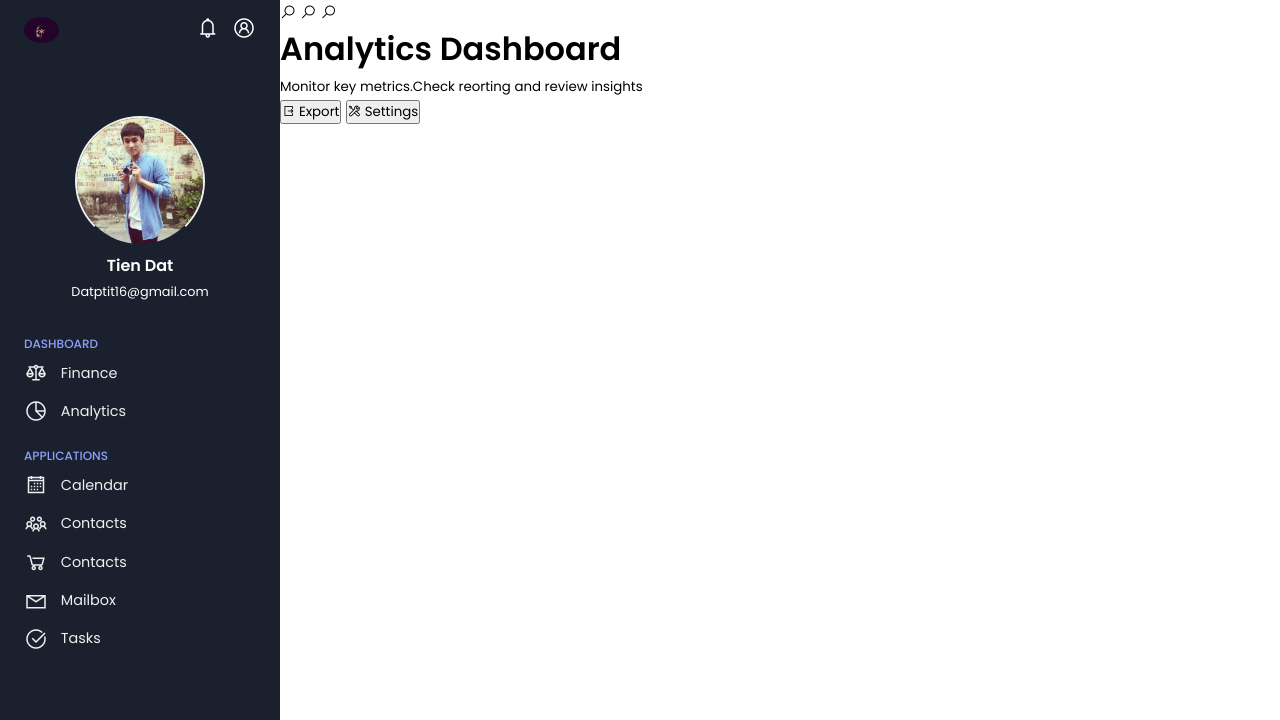
Repository: Datt21/dashboard-fe-project
Page: index.html
The author's editor kept a copy of each file at every save. The page is drawn from the files as they stood at one save, then again after the next save.
The browser window is 1280 px wide. The pictures show the whole page.

Above is the page before, as saved 2021-06-08 14:41:29.

### index.html
<!DOCTYPE html>
<html lang="en">
<head>
    <meta charset="UTF-8">
    <meta http-equiv="X-UA-Compatible" content="IE=edge">
    <meta name="viewport" content="width=device-width, initial-scale=1.0 maxium-scale=1.0">

    <!-- =============== UNICONS =================== -->
    <link rel="stylesheet" href="https://maxst.icons8.com/vue-static/landings/line-awesome/line-awesome/1.3.0/css/line-awesome.min.css">
    <!-- =============== GOOGLE FONT =============== -->

    <!-- =============== CSS ================== -->
    <link rel="stylesheet" href="./assets/css/style.css">

    <title>Tien Dat Admin Dashboard</title>

</head>
<body>
    <!-- ========== SIDEBAR======== -->
    <div class="sidebar">
    <!-- brand -->
         <div class="sidebar__brand">
             <div class="brand__flex">
                 <img src="./img/loGO1.jpg" width="35px" alt="">

                 <div class="brand__icons">
                     <span class="las la-bell"></span>
                     <span class="las la-user-circle"></span>
                 </div>
             </div>
         </div>
    <!-- main -->
         <div class="sidebar__main">
             <div class="sidebar__user">
                 <img src="./img/119942988_206292647508421_8132941228799644311_n.jpg" alt="">
                 <div>
                     <h3> Tien Dat</h3>
                     <span> Datptit16@gmail.com</span>
                 </div>
             </div>
             <div class="sidebar__menu">
                 <div class="menu-head">
                     <span> Dashboard</span>
                 </div>
                 <ul>
                     <li>
                         <a href="">
                         <span class="las la-balance-scale"></span>
                        Finance
                        </a>
                    </li>
                     <li>
                         <a href=""><span class="las la-chart-pie"></span>
                        Analytics
                         </a>
                    </li>
                 </ul>

                 <div class="menu-head">
                    <span> Applications</span>
                </div>
                <ul>
                    <li>
                        <a href="">
                        <span class="las la-calendar"></span>
                       Calendar
                       </a>
                   </li>
                    <li>
                        <a href=""><span class="las la-users"></span>
                       Contacts
                        </a>
                   </li>
                    <li>
                        <a href=""><span class="las la-shopping-cart"></span>
                       Contacts
                        </a>
                   </li>
                    <li>
                        <a href=""><span class="las la-envelope"></span>
                       Mailbox
                        </a>
                   </li>
                    <li>
                        <a href=""><span class="las la-check-circle"></span>
                       Tasks
                        </a>
                   </li>
                </ul>
             </div>
         </div>
    </div>

    <!-- ================== MAIN CONTENT===================== -->
    <div class="main__content">
        <header>
            <span class="bars"></span>

            <div>
                <span class="las la-search"></span>
                <span class="las la-search"></span>
                <span class="las la-search"></span>
            </div>
        </header>

        <main>
            <div class="page-header">
                <div>
                    <h1>Analytics Dashboard</h1>
                    <small>Monitor key metrics.Check reorting and review insights</small>
                </div>

                <div>
                    <button>
                        <span class="las la-file-export"></span>
                        Export
                    </button>
                    <button>
                        <span class="las la-tools"></span>
                        Settings
                    </button>
                </div>
            </div>
        </main>
    </div>
</body>
</html>

### assets/css/style.css
@import url('https://fonts.googleapis.com/css2?family=Poppins:wght@300;400;500;600&display=swap');

:root{
    --color-main: #1a202e;
}

*{
    font-family: 'Poppins', sans-serif ;
    box-sizing: border-box;
    text-decoration: none;
    list-style-type: none;
    margin: 0;
    padding: 0;
}

.sidebar{
    width: 280px;
    position: fixed;
    left: 0;
    top: 0;
    height: 100%;
    padding: 1rem 1.5rem;
    background: var(--color-main);
    color: #fff;
}

.sidebar__brand{
    height: 100px;
}

.brand__flex{
    display: flex;
    justify-content: space-between;
    align-items: center;
}

.brand__flex img{
    border-radius: 50%;
}

.brand__icons span{
    font-size: 1.5rem;
    margin-left: 0.5rem;
}

.sidebar__user{
    margin: 0rem 0rem 1rem 0rem;
    text-align: center;
}

.sidebar__user img{
    width: 130px;
    height: 130px;
    border-radius: 50%;
    border: 2px solid #efefef;
    border-top: 2px solid #efefef;
    border-left: 2px solid #efefef;
    border-right: 2px solid #efefef;
    border-bottom: 2px solid transparent;
}

.sidebar__user h3{
    font-size: 1rem;
}

.sidebar__user span{
    font-size: .8rem;
}

.sidebar__menu {
    margin-top: 2rem;
}

.menu-head {
    text-transform: uppercase;
    color: #8da2fb;
    font-size: .75rem;
    font-weight: 500;
    margin-bottom: 0.5rem;
}

.sidebar__menu ul{
    margin-bottom: 1.5rem;
}

.sidebar__menu li{
    margin-bottom: 0.9rem;

}

.sidebar__menu li a{
    color: #efefef;
    font-size: .9rem;
    display: flex;
    align-items: center;
}

.sidebar__menu li a span{
    font-size: 1.5rem;
    display: inline-block;
    margin-right: 0.8rem;
}

.main__content{
    margin-left: 280px;
}

After the next save:
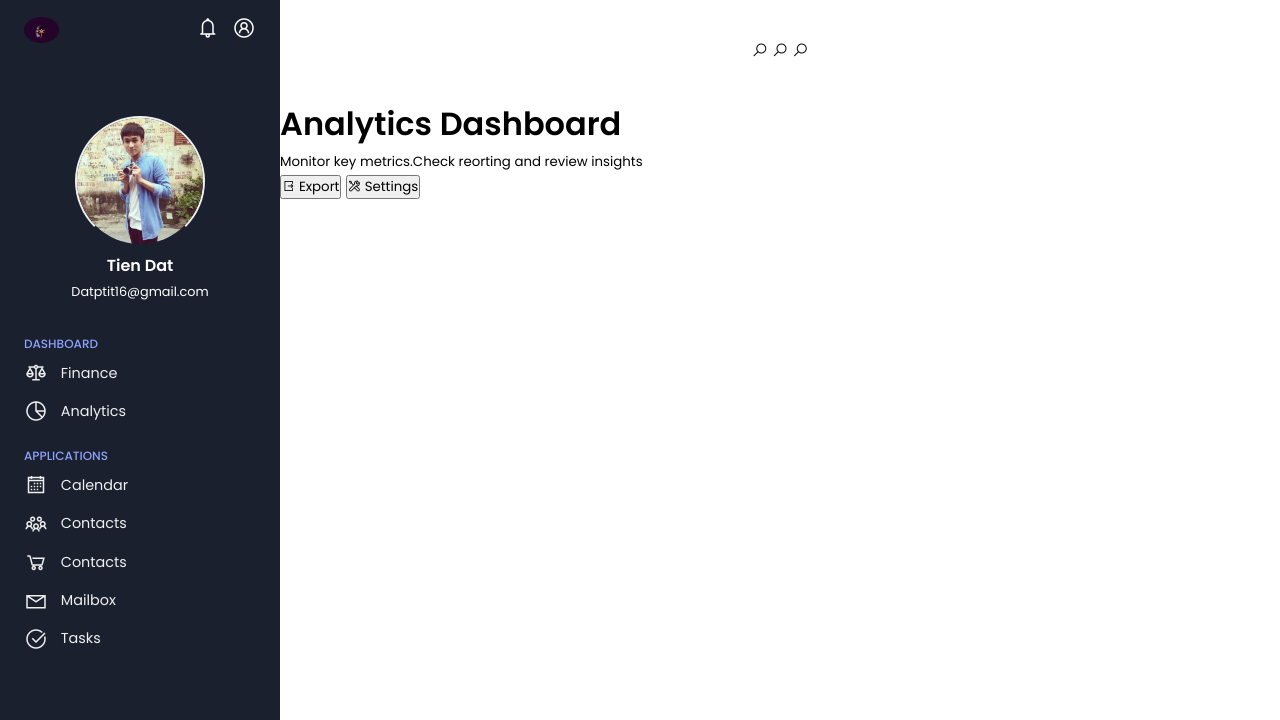
Saved 51 s later.
--- a/assets/css/style.css
+++ b/assets/css/style.css
@@ -104,3 +104,10 @@
 .main__content{
     margin-left: 280px;
 }
+
+header{
+    height: 100px;
+    display: flex;
+    justify-content: center;
+    align-items: center;
+}
